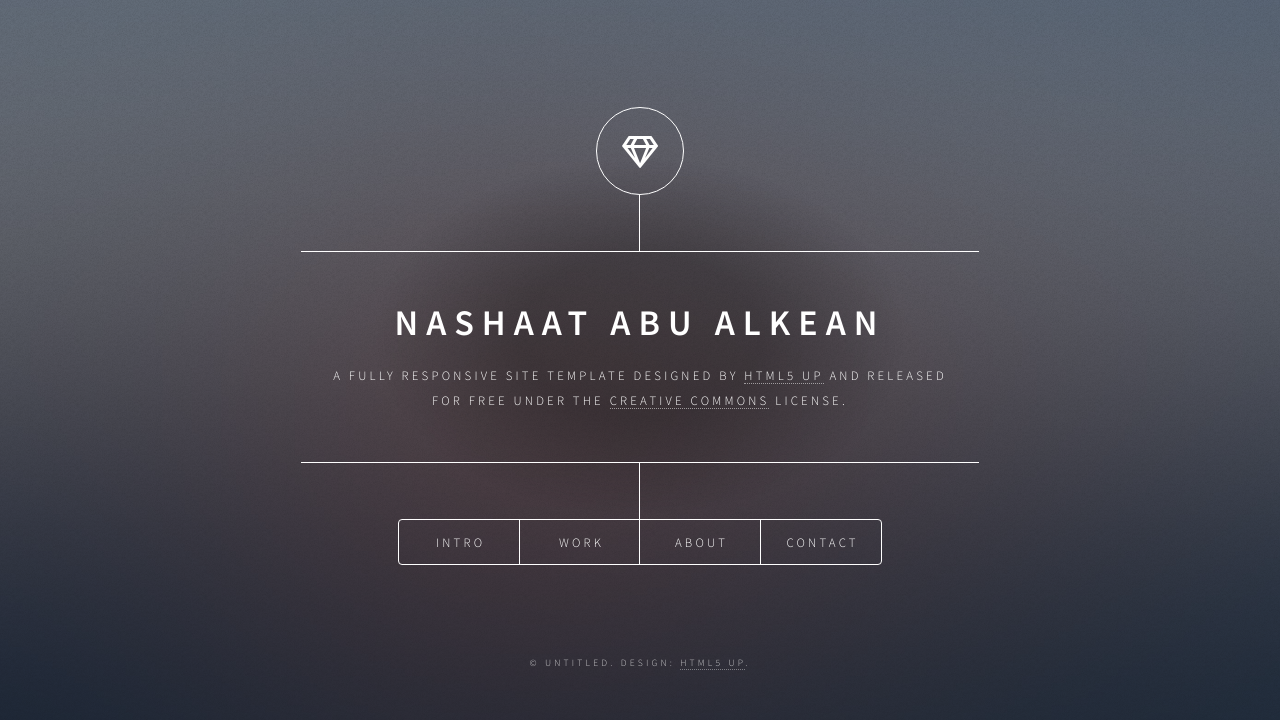
Repository: NashaatAlkean/Nashaat-sPortofolio
Page: index.html
These files come from the project's save history. The page is drawn as it stood at one moment and after the next save; the edit follows.
The browser window is 1280 px wide. The pictures show the whole page.

Above is the page before, as saved 2025-11-05 09:55:30.
Not found: images/pic01.jpg

After the next save:
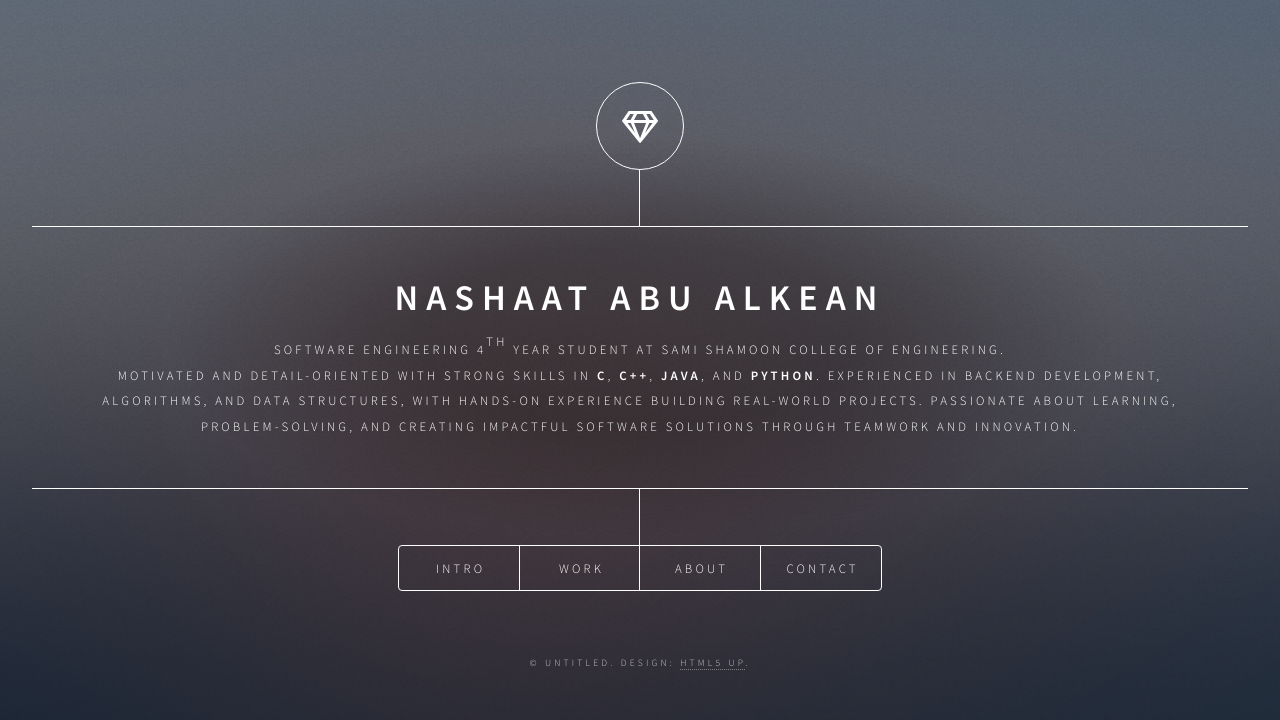
Saved 6 min 22 s later.
--- a/index.html
+++ b/index.html
@@ -29,11 +29,14 @@
           <div class="inner">
             <h1>Nashaat Abu Alkean</h1>
             <p>
-              A fully responsive site template designed by
-              <a href="https://html5up.net">HTML5 UP</a> and released<br />
-              for free under the
-              <a href="https://html5up.net/license">Creative Commons</a>
-              license.
+              Software Engineering 4<sup>th</sup> year student at Sami Shamoon
+              College of Engineering.<br />
+              Motivated and detail-oriented with strong skills in <b>C</b>,
+              <b>C++</b>, <b>Java</b>, and <b>Python</b>. Experienced in backend
+              development, algorithms, and data structures, with hands-on
+              experience building real-world projects. Passionate about
+              learning, problem-solving, and creating impactful software
+              solutions through teamwork and innovation.
             </p>
           </div>
         </div>
